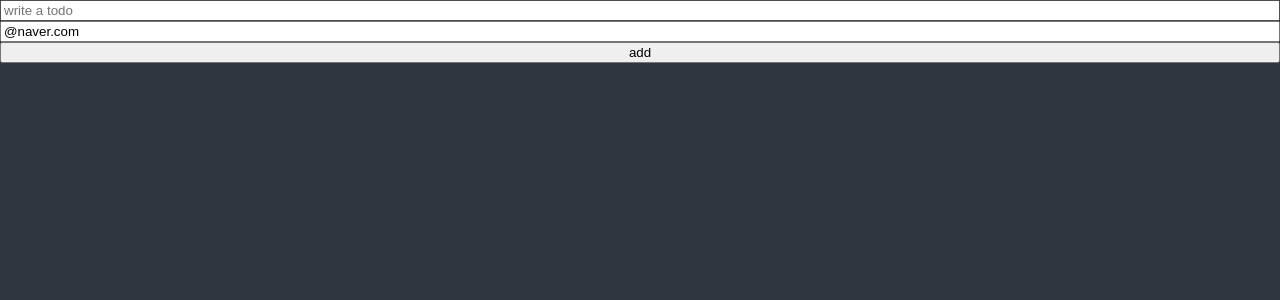
Repository: hesshess/nomad-reactjs-master-todolist
Page: /
These files come from the project's save history. The page is drawn as it stood at one moment and after the next save; the edit follows.
The browser window is 1280 px wide. The pictures show the whole page.
Some web fonts or font styles are not loaded; a fallback is used. The project was rebuilt for these pictures with package versions that can differ from the ones it lists, and the page was loaded fresh each time.

Above is the page before, as saved 2023-11-01 14:17:25.

After the next save:
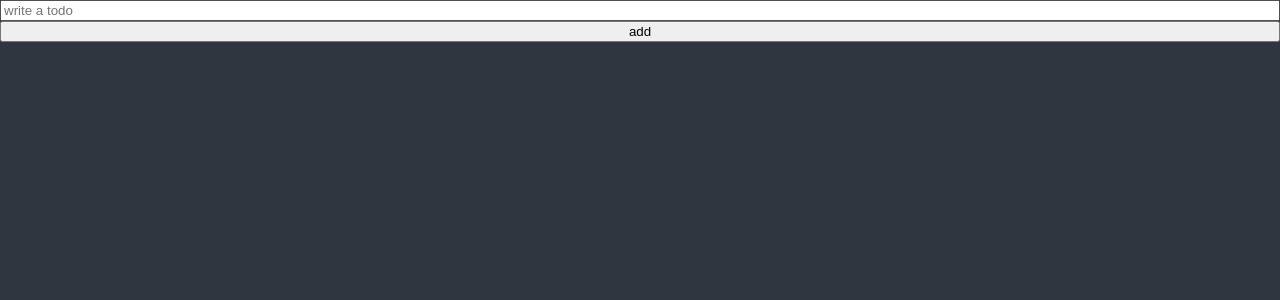
Saved 1 s later.
--- a/src/TodoList.tsx
+++ b/src/TodoList.tsx
@@ -21,22 +21,14 @@ function ToDoList(){
     );
 }*/
 interface IForm {
-  email: string;
   todo: string;
 }
 
 function ToDoList() {
-  const {
-    register,
-    handleSubmit,
-    formState: { errors },
-  } = useForm<IForm>({
-    defaultValues: {
-      email: '@naver.com',
-    },
-  });
-  const onValid = (data: any) => {
-    console.log(data);
+  const { register, handleSubmit, setValue } = useForm<IForm>();
+  const onValid = (data: IForm) => {
+    console.log(data.todo);
+    setValue('todo', '');
   };
   return (
     <div>
@@ -54,18 +46,6 @@ function ToDoList() {
           })}
           placeholder="write a todo"
         />
-        <span>{errors?.todo?.message}</span>
-        <input
-          {...register('email', {
-            required: 'email is required',
-            minLength: {
-              value: 5,
-              message: 'your email is too short',
-            },
-          })}
-          placeholder="write a email"
-        />
-        <span>{errors?.email?.message}</span>
         <button>add</button>
       </form>
     </div>
